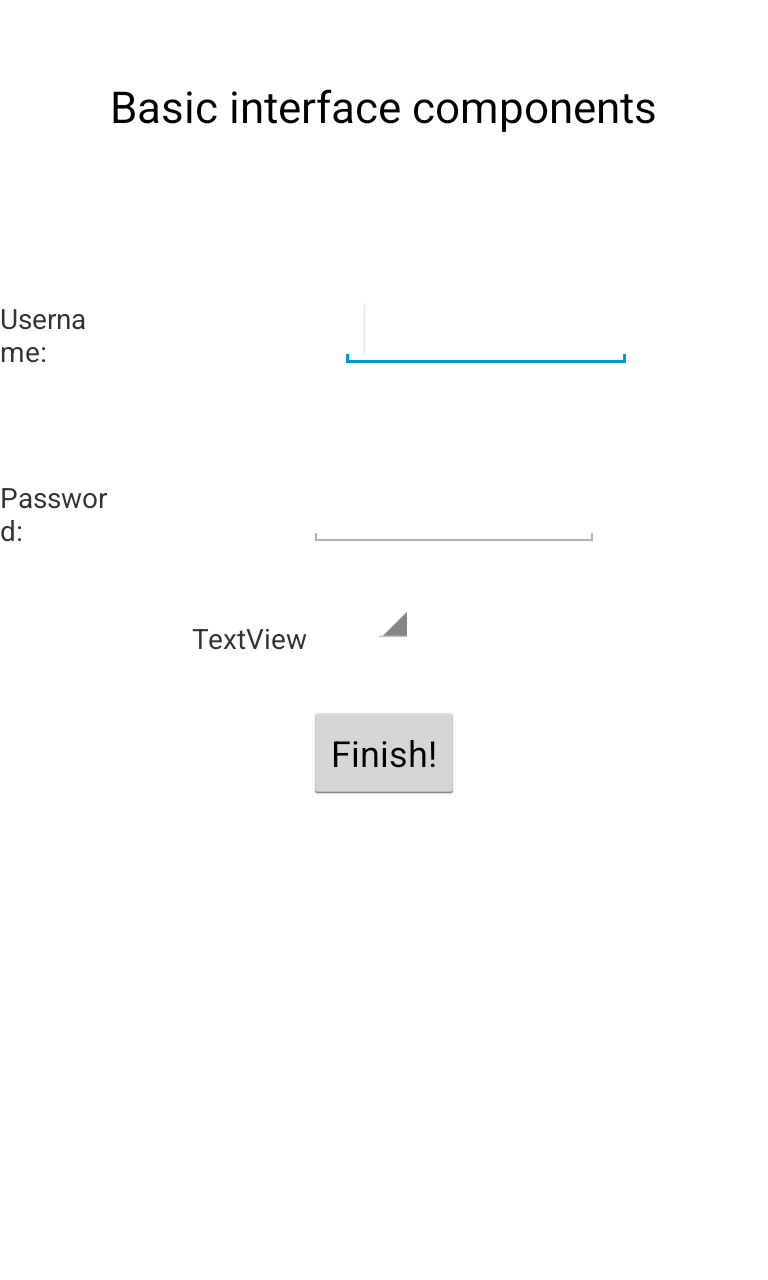
Repository: maya-alba/BasicInterface
Layout: BasicUserInterface/res/layout/info_layout.xml
These files come from the project's save history. The layout is drawn as it stood at one moment and after the next save; the edit follows.
It is drawn on a 768 x 1280 px phone screen (xhdpi) without system bars, with theme AppTheme; the app's code is not run.

Above is the layout before, as saved 2014-03-10 03:44:35.

### BasicUserInterface/res/layout/info_layout.xml
<RelativeLayout xmlns:android="http://schemas.android.com/apk/res/android"
    android:layout_width="fill_parent"
    android:layout_height="fill_parent" >

    <TextView
        android:id="@+id/textView3"
        android:layout_width="wrap_content"
        android:layout_height="wrap_content"
        android:layout_below="@+id/textView2"
        android:layout_marginTop="54dp"
        android:layout_toLeftOf="@+id/textView1"
        android:text="Password:" />

    <TextView
        android:id="@+id/textView2"
        android:layout_width="wrap_content"
        android:layout_height="wrap_content"
        android:layout_below="@+id/textView1"
        android:layout_marginTop="82dp"
        android:layout_toLeftOf="@+id/textView1"
        android:text="Username:" />

    <Spinner
        android:id="@+id/spinner1"
        android:layout_width="wrap_content"
        android:layout_height="wrap_content"
        android:layout_alignLeft="@+id/button1"
        android:layout_below="@+id/textView3"
        android:layout_marginLeft="32dp"
        android:layout_marginTop="16dp" />

    <TextView
        android:id="@+id/textView4"
        android:layout_width="wrap_content"
        android:layout_height="wrap_content"
        android:layout_alignTop="@+id/spinner1"
        android:layout_marginTop="19dp"
        android:layout_toLeftOf="@+id/spinner1"
        android:text="TextView" />

    <TextView
        android:id="@+id/textView1"
        android:layout_width="wrap_content"
        android:layout_height="wrap_content"
        android:layout_alignParentTop="true"
        android:layout_centerHorizontal="true"
        android:layout_marginTop="38dp"
        android:text="Basic interface components"
        android:textAppearance="?android:attr/textAppearanceLarge" />

    <Button
        android:id="@+id/button1"
        android:layout_width="wrap_content"
        android:layout_height="wrap_content"
        android:layout_below="@+id/spinner1"
        android:layout_centerHorizontal="true"
        android:layout_marginTop="30dp"
        android:text="Finish!"
        android:onClick="goToHi" />

    <EditText
        android:id="@+id/editText1"
        android:layout_width="wrap_content"
        android:layout_height="wrap_content"
        android:layout_above="@+id/textView3"
        android:layout_alignLeft="@+id/button1"
        android:layout_marginLeft="16dp"
        android:ems="7"
        android:maxLength="15">

        <requestFocus />
    </EditText>

    <EditText
        android:id="@+id/editText2"
        android:layout_width="wrap_content"
        android:layout_height="wrap_content"
        android:layout_above="@+id/spinner1"
        android:layout_alignLeft="@+id/button1"
        android:ems="7"
        android:maxLength="15"
        android:inputType="textPassword" />

</RelativeLayout>

Loaded but not shown: BasicUserInterface/res/values/styles.xml (common file); BasicUserInterface/res/values-v11/styles.xml (common file); BasicUserInterface/res/values-v14/styles.xml (common file)

After the next save:
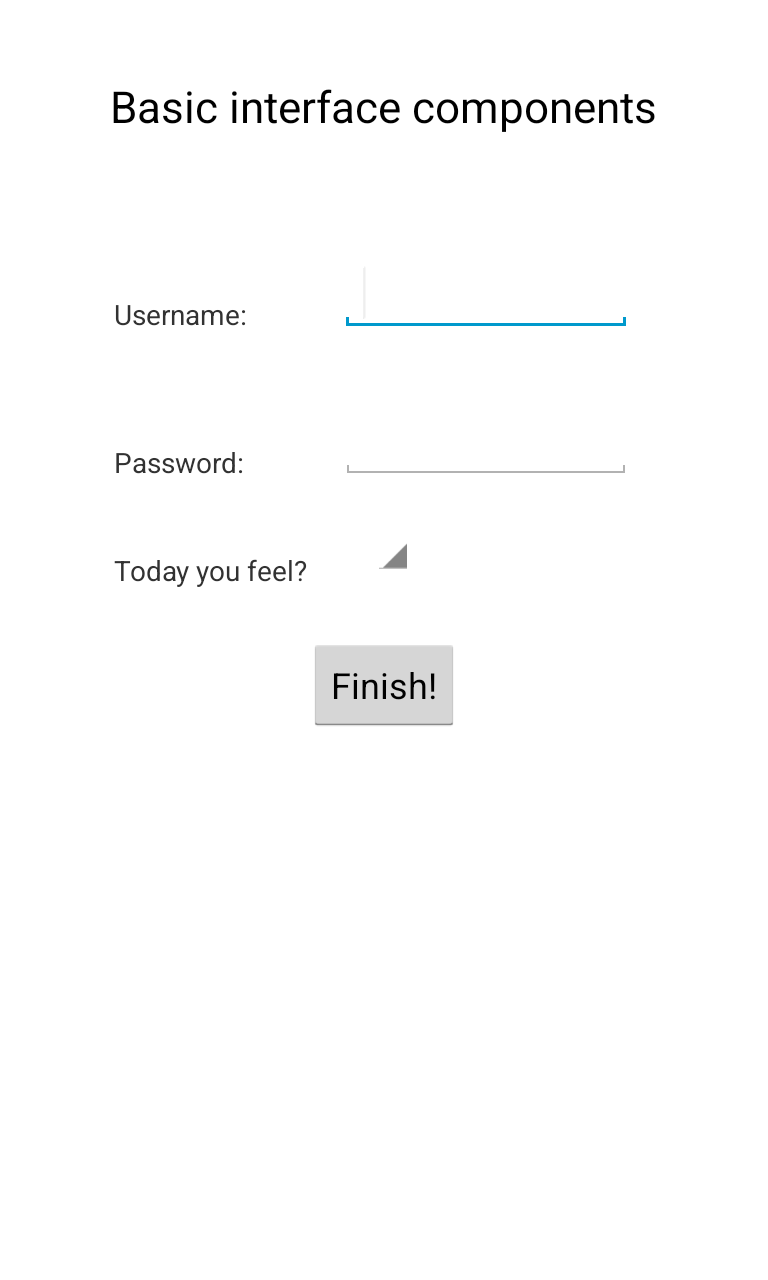
Saved 2 min 46 s later.
--- a/BasicUserInterface/res/layout/info_layout.xml
+++ b/BasicUserInterface/res/layout/info_layout.xml
@@ -1,24 +1,6 @@
 <RelativeLayout xmlns:android="http://schemas.android.com/apk/res/android"
     android:layout_width="fill_parent"
     android:layout_height="fill_parent" >
-
-    <TextView
-        android:id="@+id/textView3"
-        android:layout_width="wrap_content"
-        android:layout_height="wrap_content"
-        android:layout_below="@+id/textView2"
-        android:layout_marginTop="54dp"
-        android:layout_toLeftOf="@+id/textView1"
-        android:text="Password:" />
-
-    <TextView
-        android:id="@+id/textView2"
-        android:layout_width="wrap_content"
-        android:layout_height="wrap_content"
-        android:layout_below="@+id/textView1"
-        android:layout_marginTop="82dp"
-        android:layout_toLeftOf="@+id/textView1"
-        android:text="Username:" />
 
     <Spinner
         android:id="@+id/spinner1"
@@ -36,7 +18,7 @@
         android:layout_alignTop="@+id/spinner1"
         android:layout_marginTop="19dp"
         android:layout_toLeftOf="@+id/spinner1"
-        android:text="TextView" />
+        android:text="Today you feel?" />
 
     <TextView
         android:id="@+id/textView1"
@@ -71,14 +53,32 @@
         <requestFocus />
     </EditText>
 
+    <TextView
+        android:id="@+id/textView2"
+        android:layout_width="wrap_content"
+        android:layout_height="wrap_content"
+        android:layout_alignLeft="@+id/textView4"
+        android:layout_below="@+id/textView1"
+        android:layout_marginTop="80dp"
+        android:text="Username:" />
+
+    <TextView
+        android:id="@+id/textView3"
+        android:layout_width="wrap_content"
+        android:layout_height="wrap_content"
+        android:layout_alignLeft="@+id/textView4"
+        android:layout_below="@+id/textView2"
+        android:layout_marginTop="55dp"
+        android:text="Password:" />
+
     <EditText
         android:id="@+id/editText2"
         android:layout_width="wrap_content"
         android:layout_height="wrap_content"
         android:layout_above="@+id/spinner1"
-        android:layout_alignLeft="@+id/button1"
+        android:layout_alignLeft="@+id/editText1"
         android:ems="7"
-        android:maxLength="15"
-        android:inputType="textPassword" />
+        android:inputType="textPassword"
+        android:maxLength="15" />
 
 </RelativeLayout>
